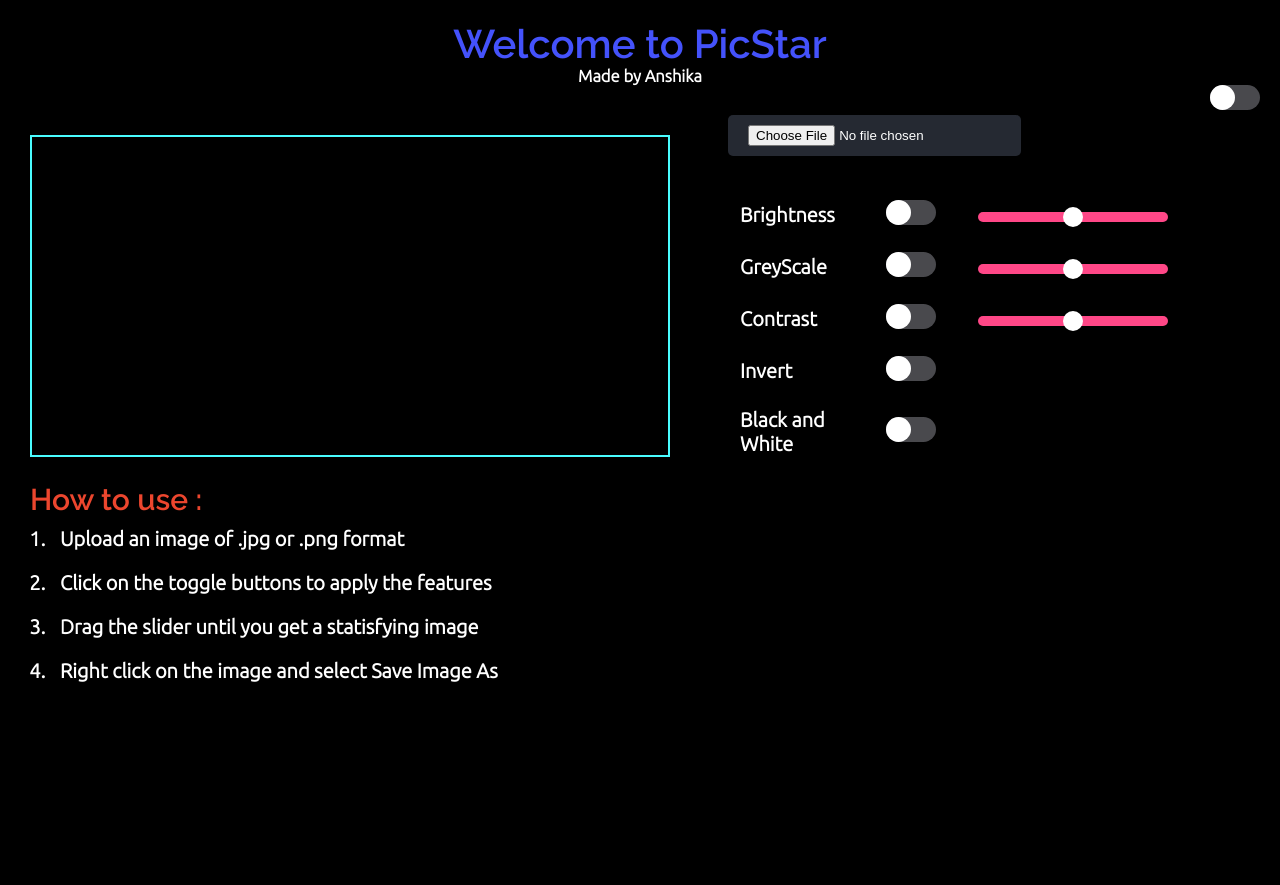
Repository: ANSHIKA1806/PICSTAR
Page: index.html
An editor plug-in stored every save of this project. The page is shown before and after the next save, followed by the edit.
The browser window is 1280 px wide. The pictures show the whole page.

Above is the page before, as saved 2021-10-08 20:46:33.

### index.html
<!DOCTYPE html>
<html lang="en">

<head>
	<link rel='icon' href='favicon.ico' type='image/x-icon'>
	<meta charset="UTF-8">
	<title>PicStar Image Editor</title>
	<link rel="stylesheet" href="./style.css">

</head>

<body>

	<!-- partial:index.partial.html -->
	<h1 id="main-heading">Welcome to PicStar</h1>
	<h5 id="heading-subtext">Made by Anshika</h5>
	<input type="checkbox" class="theme" id="theme"/>

	<div class="editparts">

		<table>
			<tr>
				<input type="file" id="imageLoader" name="imageLoader" value="upload picture" />
			</tr>
			<tr>
				<td>Brightness</td>
				<td><input type="checkbox" id="bri_check" /></td>
				<td><input type="range" min="0" max="1" step="0.01" id="bright"></td>
			</tr>
			<tr>
				<td>GreyScale</td>
				<td><input type="checkbox" id="gre_check" /></td>
				<td><input type="range" min="0" max="3" step="0.3" id="greyscale"></td>
			</tr>
			<tr>
				<td>Contrast</td>
				<td><input type="checkbox" id="cont_check" /></td>
				<td><input type="range" min="0" max="500" step="1" id="contrast"></td>
			</tr>
			<tr>
				<td>Invert</td>
				<td><input type="checkbox" id="invert" /></td>
				<td></td>
			</tr>
			<tr>
				<td>Black and White</td>
				<td><input type="checkbox" id="bwhite"></td>
				<td></td>
			</tr>
		</table>
	</div>
	<canvas id="canvas"></canvas>
	<h3 id="instructions-heading">How to use : </h3>
	<h4 id="instructions">
		<ol>
			<li>Upload an image of .jpg or .png format</li>
			<li>Click on the toggle buttons to apply the features</li>
			<li>Drag the slider until you get a statisfying image</li>
			<li>Right click on the image and select Save Image As</li>
		</ol>
	</h4>
	<!-- partial -->
	<script src="./script.js"></script>

</body>

</html>

### style.css
@import url('https://fonts.googleapis.com/css2?family=Raleway:wght@600&display=swap');
@import url('https://fonts.googleapis.com/css2?family=Ubuntu:wght@300&display=swap');

::-webkit-scrollbar {
	display: none;
}


* {
	margin: 0;
	padding: 0;
	box-sizing: border-box;
}

* {
	outline: transparent;
	padding: 0;
	margin: 0;
	box-sizing: border-box;
}

body {
	background-color: rgb(0, 0, 0);
	color: #fff;
	font-family: 'Ubuntu', sans-serif;
	font-weight: bold;
	font-size: 20px;
}

#main-heading {
	font-family: 'Raleway', sans-serif;
	font-weight: 600;
	text-align: center;
	margin-top: 20px;
	color: rgb(68, 82, 251);
}

#heading-subtext {
	font-family: 'Ubuntu', sans-serif;
	text-align: center;
}

.editparts {
	width: 40%;
	float: right;
	padding: 30px;
	height: 800px;
}

#imageLoader {
	background-color: #252932;
	color: white;
}

canvas {
	border: 2px solid #4afcff;
	width: 50%;
	display: inline-block;
	margin-top: 50px;
	height: 40%;
	margin-left: 30px;
}

input[type="file"] {
	display: inline-block;
	margin-bottom: 30px;
	background-color: #fff;
	color: #252932;
	padding: 10px 20px;
	border-radius: 5px;
}

input[type="checkbox"] {
	position: relative;
	width: 50px;
	height: 25px;
	background-color: #49494d;
	appearance: none;
	-webkit-appearance: none;
	-moz-appearance: none;
	border-radius: 20px;
	transition: 0.5s;
	cursor: pointer;
	display: inline-block;
	margin-right: 20px;
}

input:checked[type="checkbox"] {
	background-color: #30fcff;
	outline: none;
	padding-left: 10px;
}

input[type="checkbox"]:before {
	content: '';
	width: 25px;
	height: 25px;
	border-radius: 50%;
	background-color: #fff;

	position: absolute;
	top: 0;
	left: 0;
	transition: 0.5s;
}

input:checked[type="checkbox"]:before {
	left: 25px;
	transition: 0.5s;
}

input[type="range"] {
	appearance: none;
	-webkit-appearance: none;
	-moz-appearance: none;
	width: 190px;
	height: 10px;
	background-color: #ff4787;
	border-radius: 20px;
	outline: transparent;
	cursor: pointer;
}

input[type="range"]::-webkit-slider-thumb {
	-webkit-appearance: none;
	appearance: none;
	width: 20px;
	height: 20px;
	background-color: #ffffff;
	cursor: pointer;
	border-radius: 100%;
	border: none;
	outline: transparent;

}

input[type="range"]::-moz-range-thumb {
	-moz-appearance: none;
	appearance: none;
	width: 20px;
	height: 20px;
	background-color: #e1a1ff;
	cursor: pointer;
	border-radius: 25%;
	border: none;
	outline: transparent;
	box-shadow: inset 0 0 5px rgba(0, 0, 0, 0.5);
}

tr td {
	padding: 10px;
}

#instructions-heading {
	font-family: 'Raleway', sans-serif;
	color: rgb(236, 70, 46);
	margin-top: 20px;
	margin-left: 30px;
	font-size: 30px;
}

#instructions {
	margin-left: 50px;
	font-size: 20px;
}

ol li {
	padding: 10px;
}

.theme {
	float: right;
}

### script.js
var bright = document.getElementById("bright");
			var bri_c = document.getElementById("bri_check");
			var scale = document.getElementById("greyscale");
			var gre_c = document.getElementById("gre_check");
			var cont = document.getElementById("contrast");
			var cont_ch = document.getElementById("cont_check");
			var invert = document.getElementById("invert");
			var bw = document.getElementById("bwhite");
			var ctx = document.getElementById("canvas").getContext("2d");
			var canvas = document.getElementById("canvas");

			var imageLoader = document.getElementById("imageLoader");
			imageLoader.addEventListener("change", handleImage);
			bright.addEventListener("change", brights);
			bri_c.addEventListener("click", brights);
			scale.addEventListener("change", brights);
			gre_c.addEventListener("click", brights);
			cont.addEventListener("change", brights);
			cont_ch.addEventListener("click", brights);
			invert.addEventListener("click", brights);
			bw.addEventListener("click", brights);


			var img, mydata;;
			function handleImage(e) {
				var reader = new FileReader();
				reader.onload = function(event) {
				img = new Image();
					img.onload = function() {
					canvas.width = img.width;
					canvas.height = img.height;
					ctx.drawImage(img, 0, 0);
					newImage = ctx.getImageData(0, 0, 800, 400);
					mydata = newImage.data;
					newImage.data = mydata;
					ctx.putImageData(newImage, 0, 0);
					};
				img.src = event.target.result;
				};
				if(e.target.id == "imageLoader"){
					reader.readAsDataURL(e.target.files[0]);
				}
			}




			function brights(){

				ctx.drawImage(img, 0, 0);
				newImage = ctx.getImageData(0,0,img.width,img.height);
				mydata = newImage.data;
				newImage.data = mydata;
				ctx.putImageData(newImage, 0, 0);

				//start brightness
				if(bri_c.checked == true){
					for(var i = 0;i<mydata.length;i+=4){
						mydata[i] 	= mydata[i]   * bright.value;
						mydata[i+1] = mydata[i+1] * bright.value;
						mydata[i+2] = mydata[i+2] * bright.value;
					}
				}
				//End brightness

			//start greyscale
				if(gre_c.checked == true){
					for(var i = 0;i<mydata.length;i+=4){
						var grey = (mydata[i] + mydata[i+1] + mydata[i+2]) / scale.value;
						mydata[i] 	= grey;
						mydata[i+1] = grey;
						mydata[i+2] = grey;
					}
				}
			//end grey scale

			//start Contrast
				if(cont_ch.checked == true){
					for(var i = 0;i<mydata.length;i+=4){
						var factor = (259 * (cont.value + 255)) / (255 * (259 - cont.value));
						mydata[i] 	= factor * (mydata[i] - 128) + 128;
						mydata[i+1] = factor * (mydata[i+1] - 128) + 128;
						mydata[i+2] = factor * (mydata[i+2] - 128) + 128;
					}
				}
			//end Contrast

			//start invert picture
				if(invert.checked == true){
					for(var i = 0;i<mydata.length;i+=4){
						mydata[i] 	= 255 - mydata[i];
						mydata[i+1] = 255 - mydata[i+1];
						mydata[i+2] = 255 - mydata[i+2];
					}
					newImage.data = mydata;
					ctx.putImageData(newImage,0,0);
				}
			//End invert picture

			//start B/W picture
				if(bw.checked == true){
					for(var i = 0;i< mydata.length;i+=4){
						var grey = (mydata[i] + mydata[i+1] + mydata[i+2]) / 3;
						if(grey < 128){
							mydata[i] = mydata[i+1] = mydata[i+2] = 0;
						}else{
							mydata[i] = mydata[i+1] = mydata[i+2] = 255;
						}
					}
				newImage.data = mydata;
				ctx.putImageData(newImage,0,0);
				}
			//End B/W picture
			newImage.data = mydata;
			ctx.putImageData(newImage,0,0);
			}
						/*End Editing Function*/

After the next save:
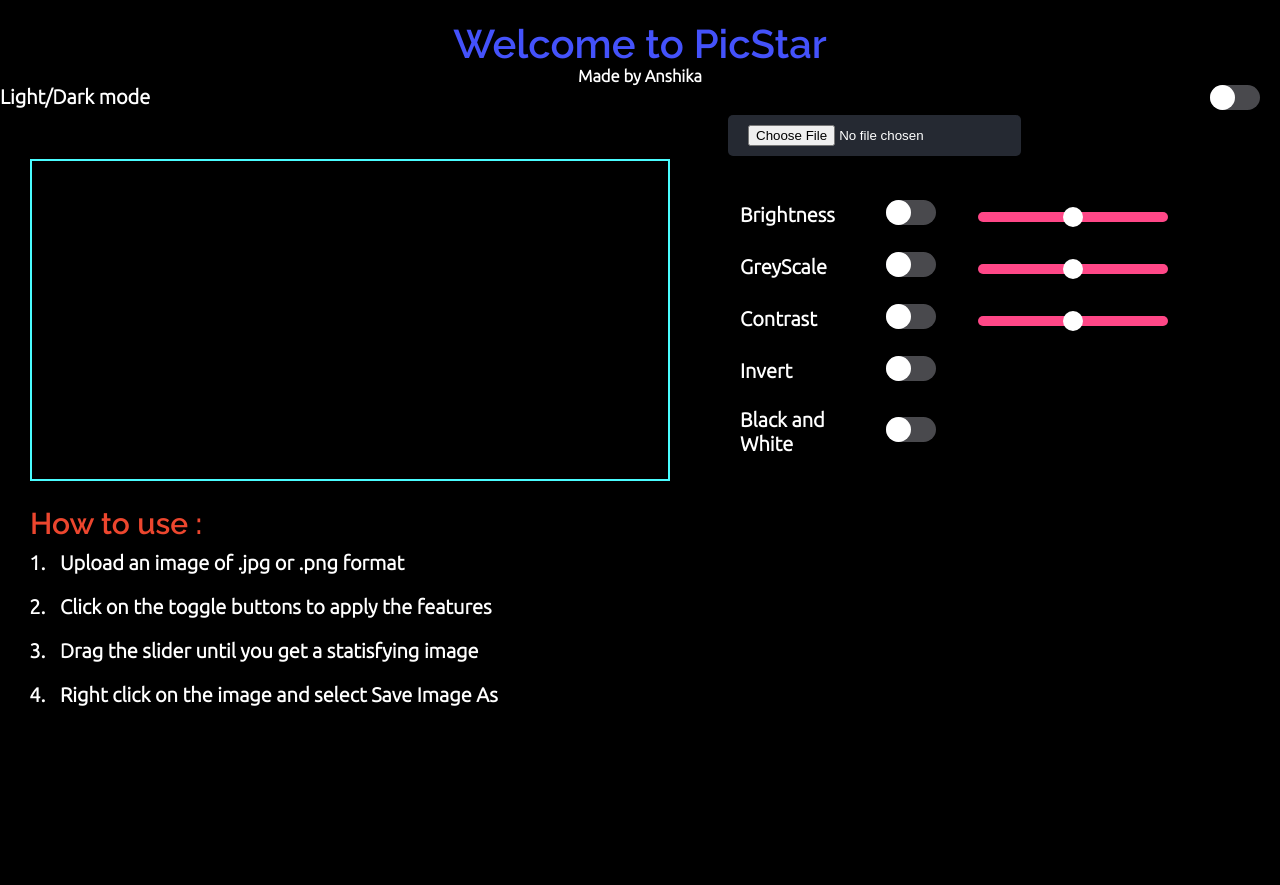
Saved 23 s later.
--- a/index.html
+++ b/index.html
@@ -14,6 +14,7 @@
 	<!-- partial:index.partial.html -->
 	<h1 id="main-heading">Welcome to PicStar</h1>
 	<h5 id="heading-subtext">Made by Anshika</h5>
+	<span>Light/Dark mode</span>
 	<input type="checkbox" class="theme" id="theme"/>
 
 	<div class="editparts">

After the save that followed:
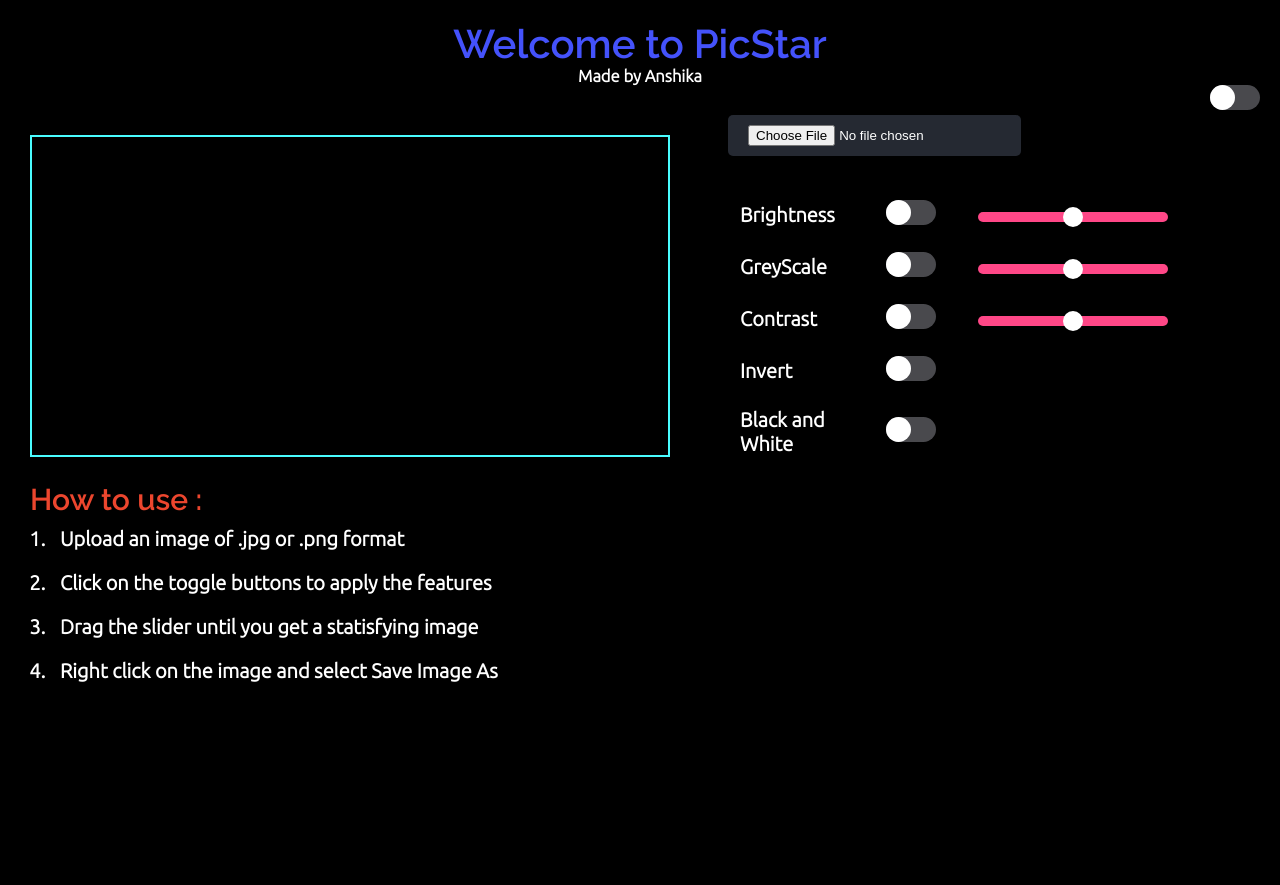
Saved 13 s later.
--- a/index.html
+++ b/index.html
@@ -14,7 +14,6 @@
 	<!-- partial:index.partial.html -->
 	<h1 id="main-heading">Welcome to PicStar</h1>
 	<h5 id="heading-subtext">Made by Anshika</h5>
-	<span>Light/Dark mode</span>
 	<input type="checkbox" class="theme" id="theme"/>
 
 	<div class="editparts">
